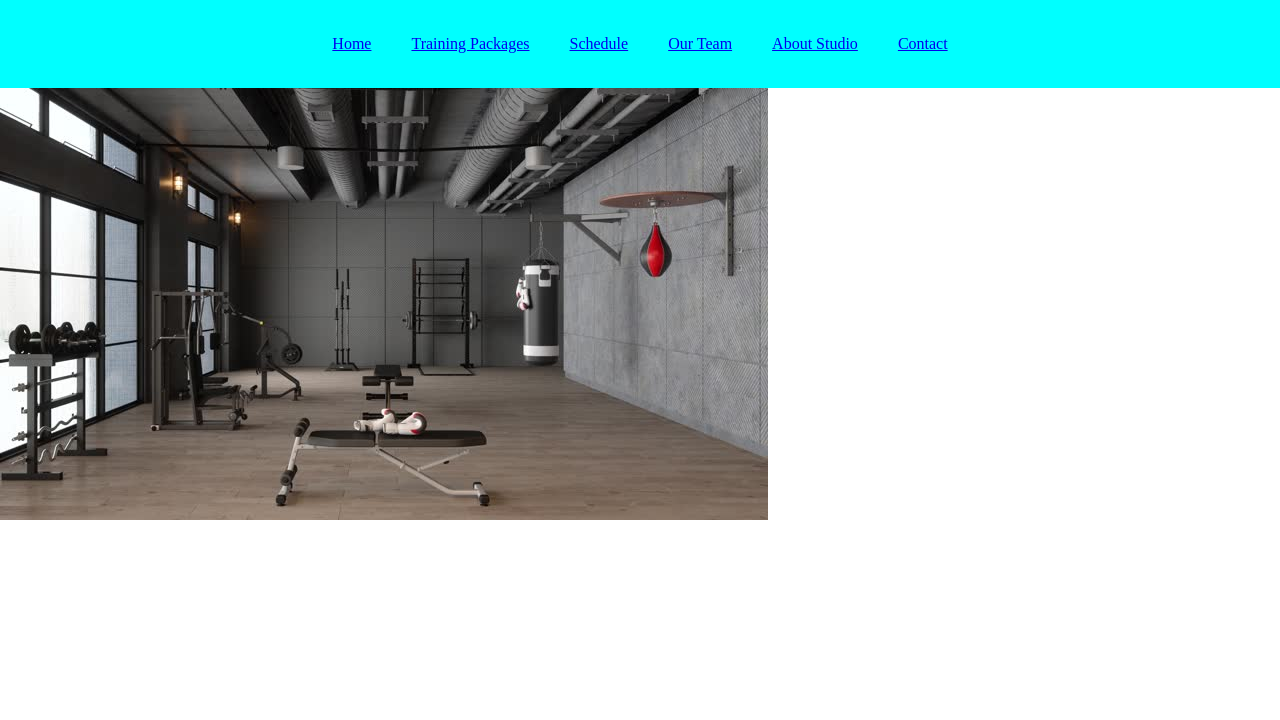
Repository: MujtabaHabib/muscle-memory-website
Page: index.html
The author's editor kept a copy of each file at every save. The page is drawn from the files as they stood at one save, then again after a run of saves.
The browser window is 1280 px wide. The pictures show the whole page.

Above is the page before, as saved 2026-01-26 04:39:18.

After the next 2 saves:
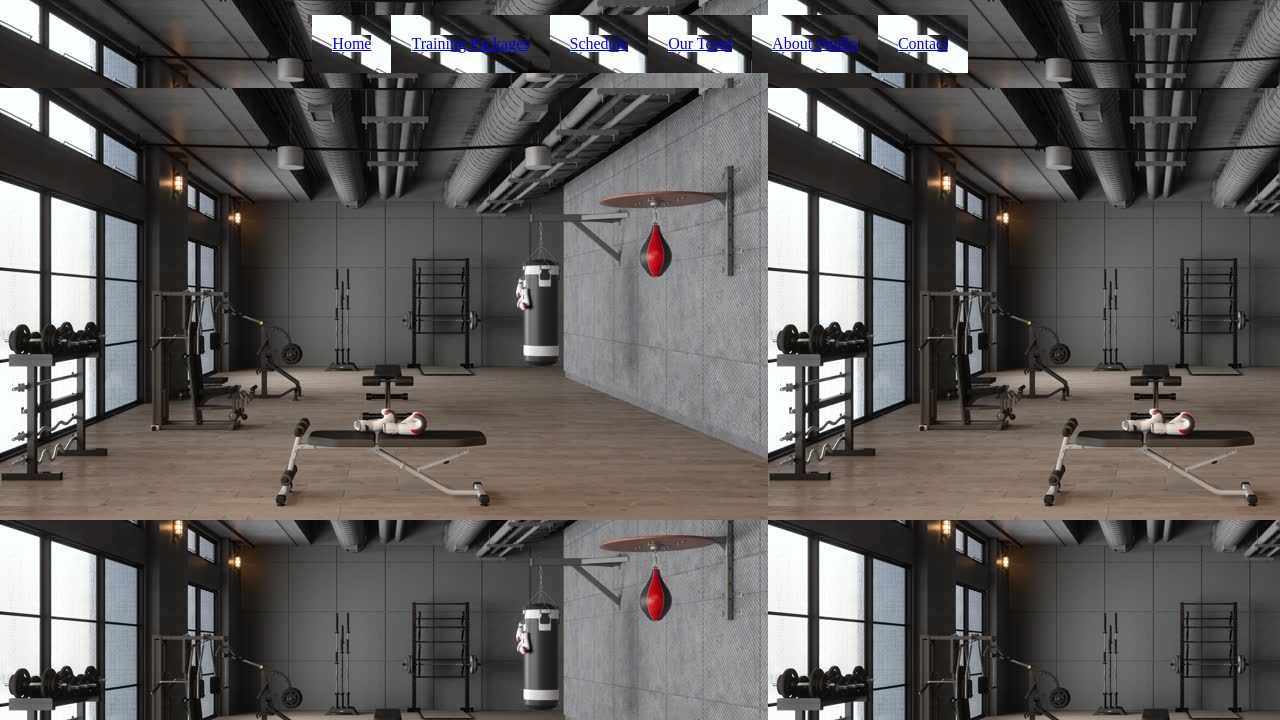
The 2 saves are shown as one change because they came seconds apart.
The last was saved 6 s later.
--- a/style.css
+++ b/style.css
@@ -1,7 +1,7 @@
 *{
     margin: 0;
     padding: 0;
-    background-image: ulr(gym.jpg);
+    background-image: url(gym.jpg);
 
 }
 
